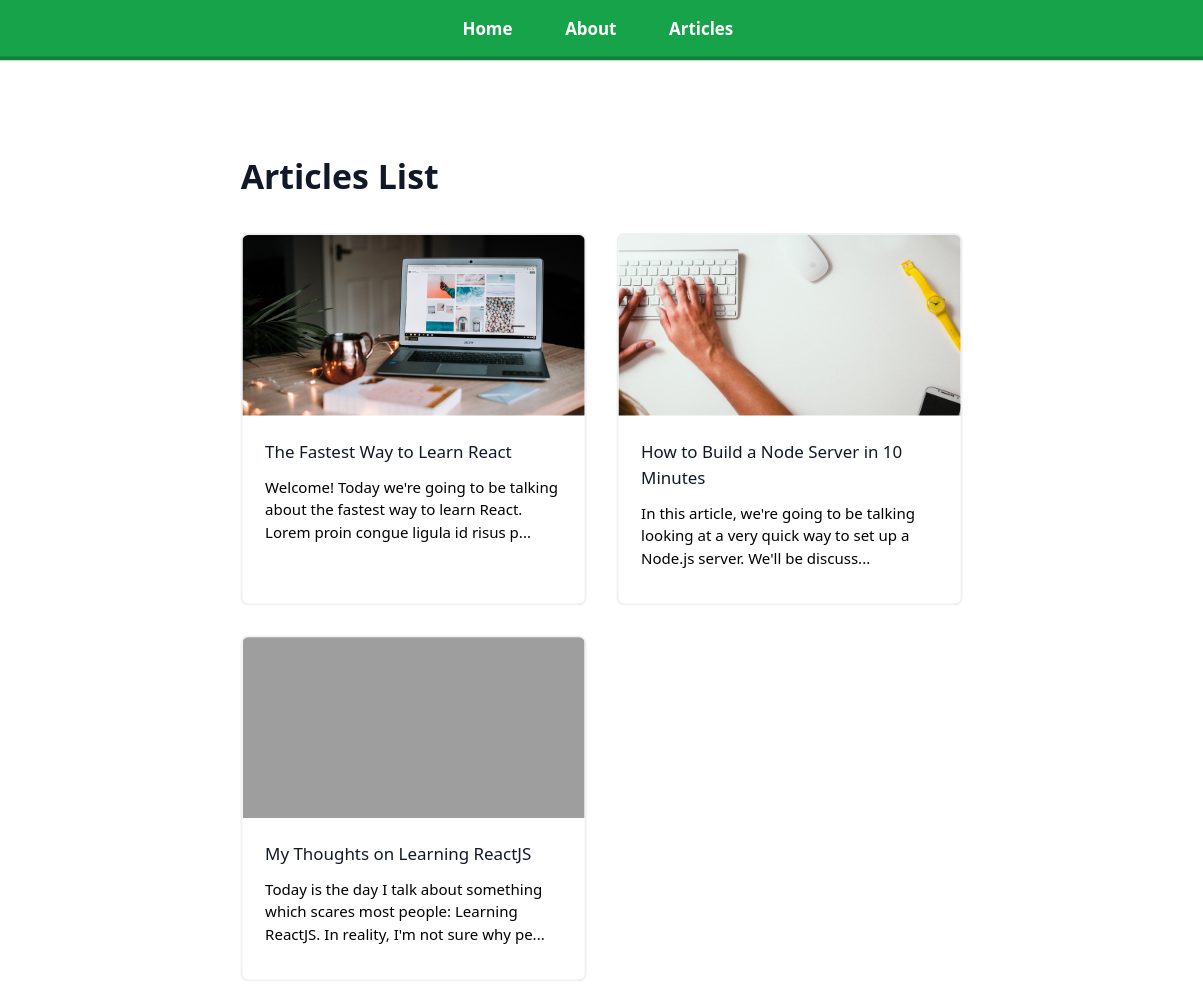
Repository: wenxi0504/BLOG
Page: /articles-list (app in client/)
The author's editor kept a copy of each file at every save. The page is drawn from the files as they stood at one save, then again after the next save.
The browser window is 1280 px wide. The pictures show the whole page, at 94% of full size.
Pictures or frames that could not be fetched are drawn as grey boxes. The project was rebuilt for these pictures with package versions that can differ from the ones it lists, and the page was loaded fresh each time. Also part of the build but not shown: client/src/pages/Home.js, client/src/pages/About.js, client/src/pages/Article.js.

Above is the page before, as saved 2022-09-11 22:05:55.

### client/src/App.js
import { BrowserRouter as Router,Route, Routes } from 'react-router-dom';
//pages
import Home from './pages/Home'
import About from './pages/About'
import Article from './pages/Article'
import ArticlesList from './pages/ArticlesList'
import Navbar from './components/Navbar';

function App() {
  return (
    <Router>
      <Navbar/>
    <div className='max-w-screen-md mx-auto pt-20'>
    <Routes>
          <Route path="/" element={<Home />} />
          <Route path="/about" element={<About />} />
          <Route path="/articles-list" element={<ArticlesList />} />
           <Route path="/article/:name" element={<Article/> } />
          </Routes>
      </div>
      </Router>
  );
}

export default App;

### client/src/pages/ArticlesList.js
import React from 'react'
import articleContent from './articleContent'
import { Link} from 'react-router-dom'

const ArticlesList = () => {
  return (
      <div>
          <h1 className='sm:text-4xl text-2xl font-bold my-6 text-gray-900'>Articles List</h1>
          <div className="container py-4 mx-auto">
              <div className="flex flex-wrap -m-4">
                  {articleContent.map((article, index) => (
                      <div key={index} className="p-4 md:w-1/2">
                          <div className="h-full border-2 border-gray-200 border-opacity-60 rounded-lg overflow-hidden">
                              <Link to={`/article/${article.name}`}>
                                  <img className='lg:h-48 md:h-36 w-full object-cover object-center' src={ article.thumbnail} alt="blog"/>
                              </Link>
                              <div className='p-6'>
                                  <Link key={index} to={`/article/${article.name}`}>
                                      <h3 className="text-lg font-medium text-gray-900 mb-3">{ article.title}</h3>
                                  </Link>
                                  <p className='leading-relax mb-3'>
                                      { article.content[0].substring(0,115)}...
                                  </p>

                              </div>
                          </div>
                      </div>
                  ))}
              </div>
          </div>

    </div>
  )
}

export default ArticlesList

### client/src/components/Navbar.js
import React from 'react'
import { Link} from 'react-router-dom'

const Navbar = () => {
  return (
      <nav className="border-b-4 border-green-700 text-center bg-green-600 font-bold w-full text-lg text-white " fixed top-0>
          <ul>
              <li className='inline-block py-4'>
                  <Link to="/" className='pl-6 pr-8'>Home </Link>
              </li>
              <li className='inline-block py-4'>
                  <Link to="/about" className='pl-6 pr-8'>About</Link>
              </li>
              <li className='inline-block py-4'>
                  <Link to="/articles-list" className='pl-6 pr-8'>Articles </Link>
              </li>
        </ul>
      </nav>
  )
}

export default Navbar

### client/src/pages/articleContent.js
const articles = [
  {
    name: "learn-react",
    title: "The Fastest Way to Learn React",
    thumbnail: "/images/blog1.jpeg",
    content: [
      `Welcome! Today we're going to be talking about the fastest way to learn React. Lorem proin congue ligula id risus posuere, vel eleifend ex egestas. Sed in turpis leo. Aliquam malesuada in massa tincidunt egestas. Nam consectetur varius turpis, non porta arcu porttitor non. In tincidunt vulputate nulla quis egestas. Ut eleifend ut ipsum non fringilla. Praesent imperdiet nulla nec est luctus, at sodales purus euismod.`,
      `Donec vel mauris lectus. Etiam nec lectus urna. Sed sodales ultrices dapibus. Nam blandit tristique risus, eget accumsan nisl interdum eu. Aenean ac accumsan nisi. Nunc vel pulvinar diam. Nam eleifend egestas viverra. Donec finibus lectus sed lorem ultricies, eget ornare leo luctus. Morbi vehicula, nulla eu tempor interdum, nibh elit congue tellus, ac vulputate urna lorem nec nisi. Morbi id consequat quam. Vivamus accumsan dui in facilisis aliquet.`,
      `Etiam nec lectus urna. Sed sodales ultrices dapibus. Nam blandit tristique risus, eget accumsan nisl interdum eu. Aenean ac accumsan nisi. Nunc vel pulvinar diam. Nam eleifend egestas viverra. Donec finibus lectus sed lorem ultricies, eget ornare leo luctus. Morbi vehicula, nulla eu tempor interdum, nibh elit congue tellus, ac vulputate urna lorem nec nisi. Morbi id consequat quam. Vivamus accumsan dui in facilisis aliquet.`,
    ],
  },
  {
    name: "learn-node",
    title: "How to Build a Node Server in 10 Minutes",
    thumbnail: "/images/blog2.jpeg",
    content: [
      `In this article, we're going to be talking looking at a very quick way to set up a Node.js server. We'll be discussing some topics such as proin congue ligula id risus posuere, vel eleifend ex egestas. Sed in turpis leo. Aliquam malesuada in massa tincidunt egestas. Nam consectetur varius turpis, non porta arcu porttitor non. In tincidunt vulputate nulla quis egestas. Ut eleifend ut ipsum non fringilla. Praesent imperdiet nulla nec est luctus, at sodales purus euismod.`,
      `Donec vel mauris lectus. Etiam nec lectus urna. Sed sodales ultrices dapibus. Nam blandit tristique risus, eget accumsan nisl interdum eu. Aenean ac accumsan nisi. Nunc vel pulvinar diam. Nam eleifend egestas viverra. Donec finibus lectus sed lorem ultricies, eget ornare leo luctus. Morbi vehicula, nulla eu tempor interdum, nibh elit congue tellus, ac vulputate urna lorem nec nisi. Morbi id consequat quam. Vivamus accumsan dui in facilisis aliquet.`,
      `Etiam nec lectus urna. Sed sodales ultrices dapibus. Nam blandit tristique risus, eget accumsan nisl interdum eu. Aenean ac accumsan nisi. Nunc vel pulvinar diam. Nam eleifend egestas viverra. Donec finibus lectus sed lorem ultricies, eget ornare leo luctus. Morbi vehicula, nulla eu tempor interdum, nibh elit congue tellus, ac vulputate urna lorem nec nisi. Morbi id consequat quam. Vivamus accumsan dui in facilisis aliquet.`,
    ],
  },
  {
    name: "my-thoughts-on-learning-react",
    title: "My Thoughts on Learning ReactJS",
    thumbnail: "/images/blog3.jpeg",
    content: [
      `Today is the day I talk about something which scares most people: Learning ReactJS. In reality, I'm not sure why people have such a hard time with Learning ReactJS ligula id risus posuere, vel eleifend ex egestas. Sed in turpis leo. Aliquam malesuada in massa tincidunt egestas. Nam consectetur varius turpis, non porta arcu porttitor non. In tincidunt vulputate nulla quis egestas. Ut eleifend ut ipsum non fringilla. Praesent imperdiet nulla nec est luctus, at sodales purus euismod.`,
      `Donec vel mauris lectus. Etiam nec lectus urna. Sed sodales ultrices dapibus. Nam blandit tristique risus, eget accumsan nisl interdum eu. Aenean ac accumsan nisi. Nunc vel pulvinar diam. Nam eleifend egestas viverra. Donec finibus lectus sed lorem ultricies, eget ornare leo luctus. Morbi vehicula, nulla eu tempor interdum, nibh elit congue tellus, ac vulputate urna lorem nec nisi. Morbi id consequat quam. Vivamus accumsan dui in facilisis aliquet.`,
      `Etiam nec lectus urna. Sed sodales ultrices dapibus. Nam blandit tristique risus, eget accumsan nisl interdum eu. Aenean ac accumsan nisi. Nunc vel pulvinar diam. Nam eleifend egestas viverra. Donec finibus lectus sed lorem ultricies, eget ornare leo luctus. Morbi vehicula, nulla eu tempor interdum, nibh elit congue tellus, ac vulputate urna lorem nec nisi. Morbi id consequat quam. Vivamus accumsan dui in facilisis aliquet.`,
    ],
  },
];
export default articles;

Loaded but not shown: client/public/index.html (common file); client/src/index.js (common file); client/src/index.css (common file); client/src/reportWebVitals.js (common file); client/tailwind.config.js (common file)

After the next save:
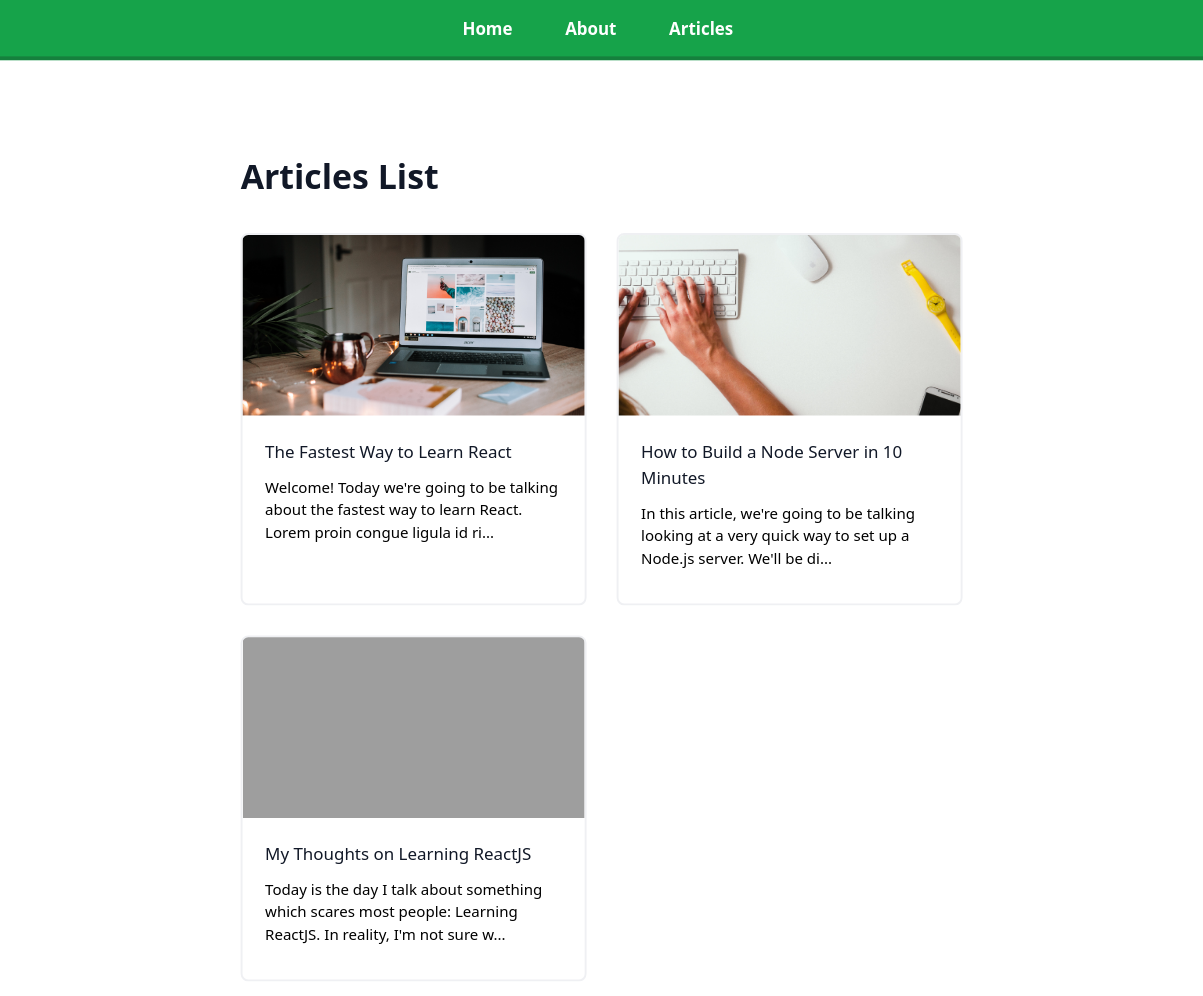
Saved 3 min 10 s later.
--- a/client/src/pages/ArticlesList.js
+++ b/client/src/pages/ArticlesList.js
@@ -19,7 +19,7 @@
                                       <h3 className="text-lg font-medium text-gray-900 mb-3">{ article.title}</h3>
                                   </Link>
                                   <p className='leading-relax mb-3'>
-                                      { article.content[0].substring(0,115)}...
+                                      { article.content[0].substring(0,110)}...
                                   </p>
 
                               </div>
